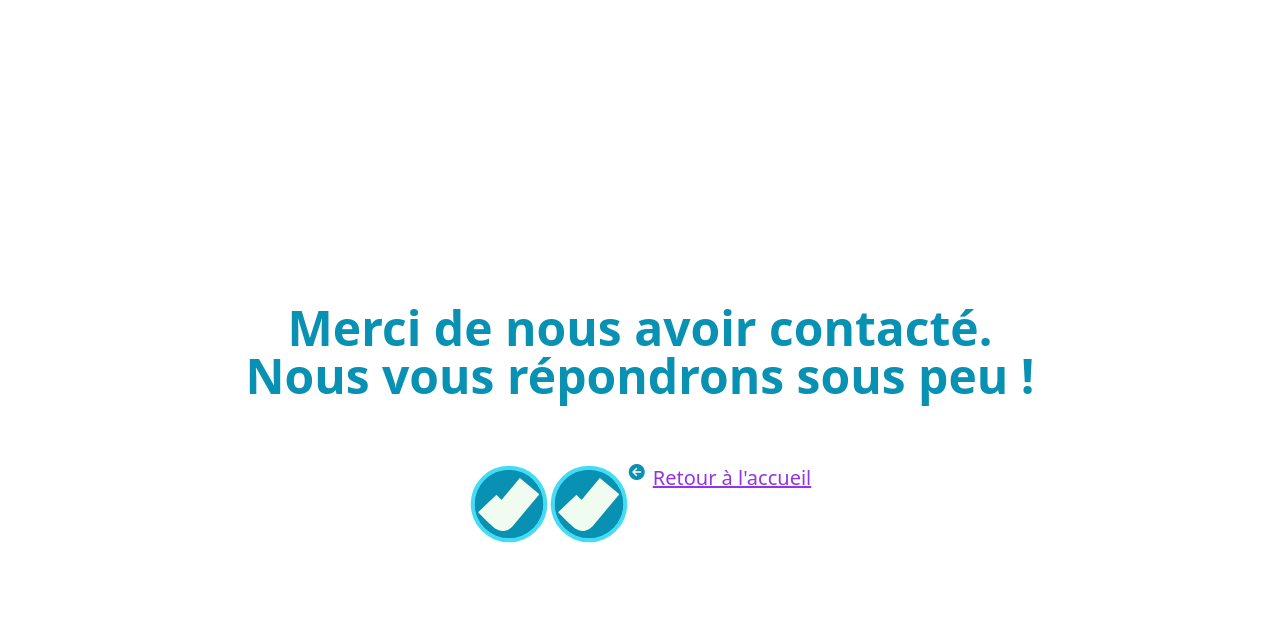
Repository: CarmenFerlatte/TP3__FerlatteCarmen
Page: confirmation.html
The author's editor kept a copy of each file at every save. The page is drawn from the files as they stood at one save, then again after a run of saves.
The browser window is 1280 px wide. The pictures show the whole page.
Some web libraries are served in a nearby version. The style sheet was rebuilt from its Sass, Less or Tailwind sources for each picture, by a compiler version that may differ from the author's.

Above is the page before, as saved 2024-08-29 13:09:42.

After the next 2 saves:
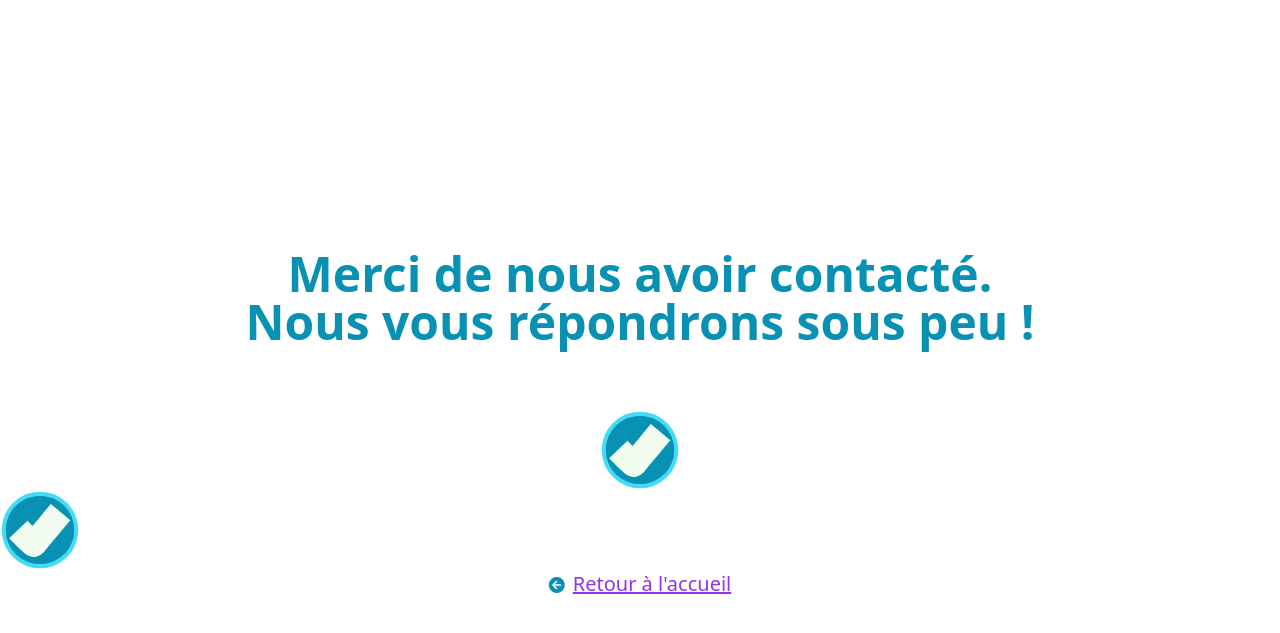
The 2 saves are shown as one change because they came seconds apart.
The last was saved 15 s later.
--- a/confirmation.html
+++ b/confirmation.html
@@ -26,6 +26,7 @@
                     <h1 class="text-center text-3xl lg:text-4xl xl:text-5xl font-bold pt-32 pb-4 md:pb-16 text-cyan-600">Merci de nous avoir contacté.<br> Nous vous répondrons sous peu !</h1>
                     <div class="flex justify-center">
                         <img class="w-20 fill-cyan-600 items-center" src="img/icons/confirmation.svg" alt="Illustration de confirmation" class="w-1/2 mx-auto">
+                    </div>
                     <img class="w-20 fill-cyan-600 items-center" src="img/icons/confirmation.svg" alt="Illustration de confirmation" class="w-1/2 mx-auto">
                     <i class="fa fa-arrow-circle-left pr-2 style-cyan" aria-hidden="true"></i><a class="cursor-pointer text-xl text-purple-600 underline hover:no-underline hover:text-pink-500" href="index.html" title="Retour à la page d'accueil">Retour à l'accueil</a>
                 </div>
